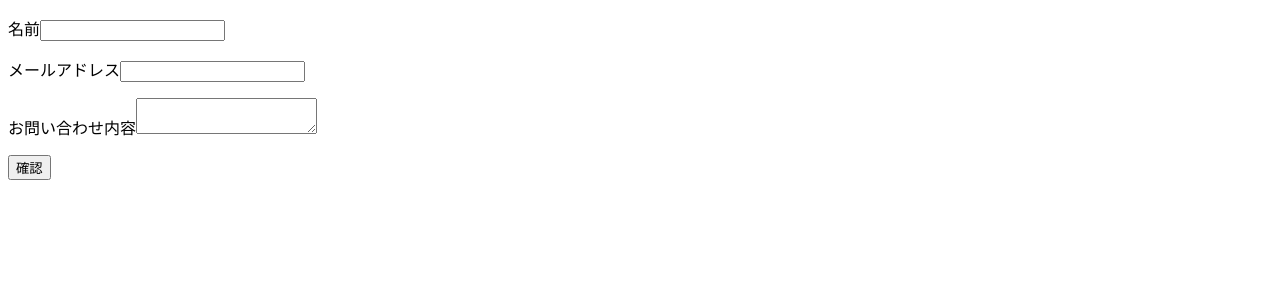
Repository: daytime/php_5days_challenge
Page: http://localhost/form.php
The author's editor kept a copy of each file at every save. The page is drawn from the files as they stood at one save, then again after the next save.
The browser window is 1280 px wide. The pictures show the whole page.
The page is run by PHP 8.4 with error messages shown; the project is at /var/www/html/.

Above is the page before, as saved 2025-02-06 12:35:40.

After the next save:
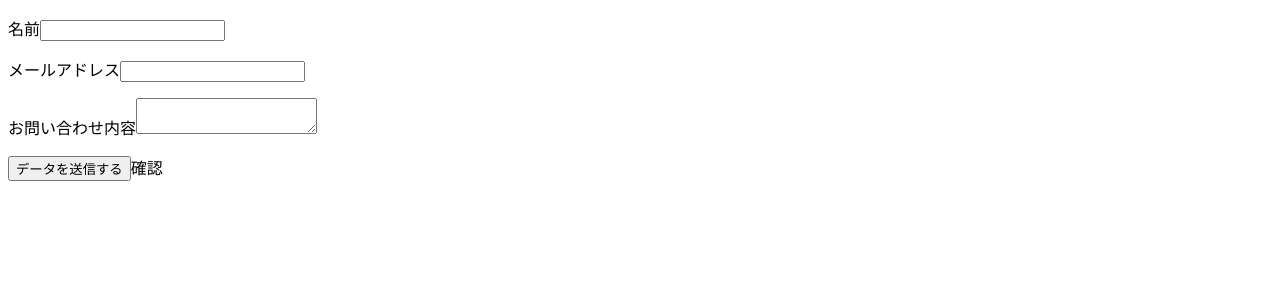
Saved 53 s later.
--- a/form.php
+++ b/form.php
@@ -11,7 +11,7 @@
             <p><label>名前<input type="text" name="name" id="name" required></label></p>
             <p><label>メールアドレス<input type="text" name="email" id="email" required></label></p>
             <p><label>お問い合わせ内容<textarea name="contact" id="message" required></textarea></label></p>
-            <p></p><button type="submit">確認</button>
+            <p><input type="submit" value="データを送信する">確認</input></p>
     </main>
 
 </body>
